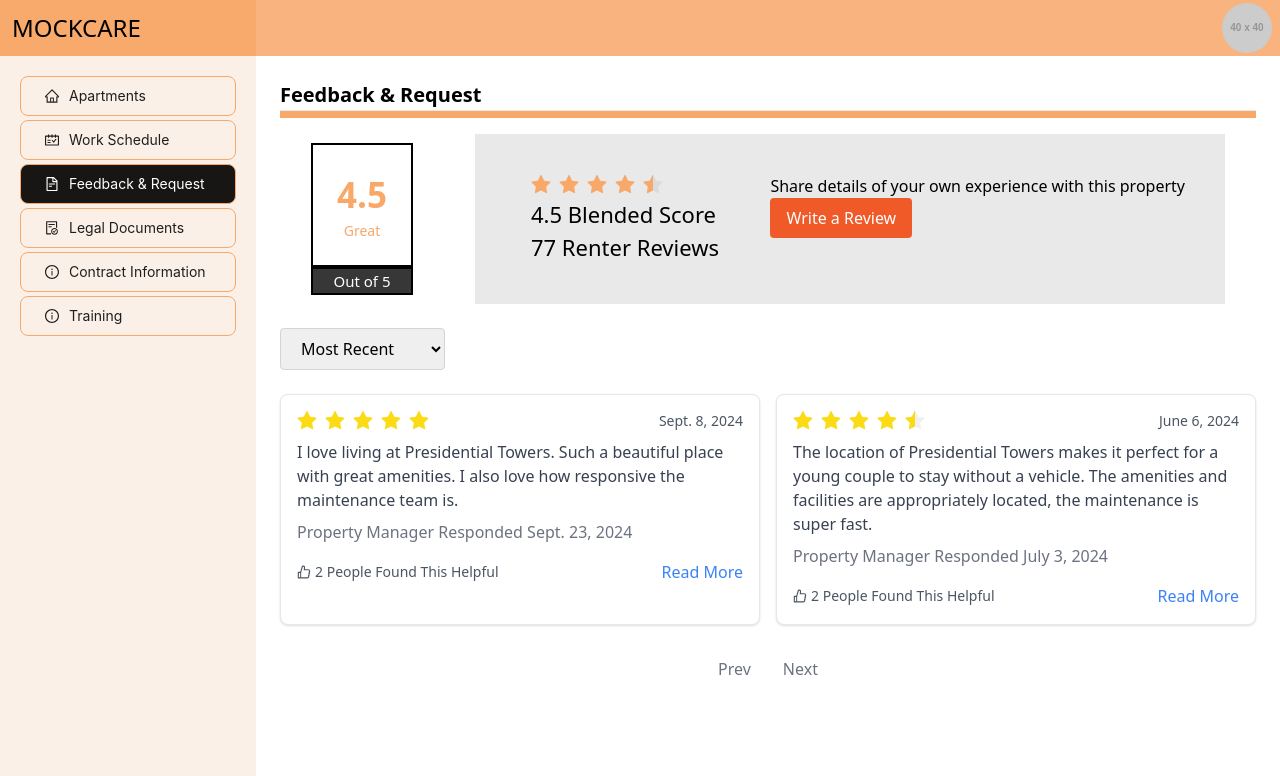
Repository: dunh-real/MockProject_102024_Nhom4
Page: / (app in frontend/)
The author's editor kept a copy of each file at every save. The page is drawn from the files as they stood at one save, then again after the next save.
The browser window is 1280 px wide. The pictures show the whole page.
The project was rebuilt for these pictures with package versions that can differ from the ones it lists, and the page was loaded fresh each time. Also part of the build but not shown: frontend/vite.config.js, frontend/vite.config.ts, frontend/src/App.css, frontend/src/component/ReviewModal.tsx.

Above is the page before, as saved 2024-10-09 13:24:58.

After the next save:
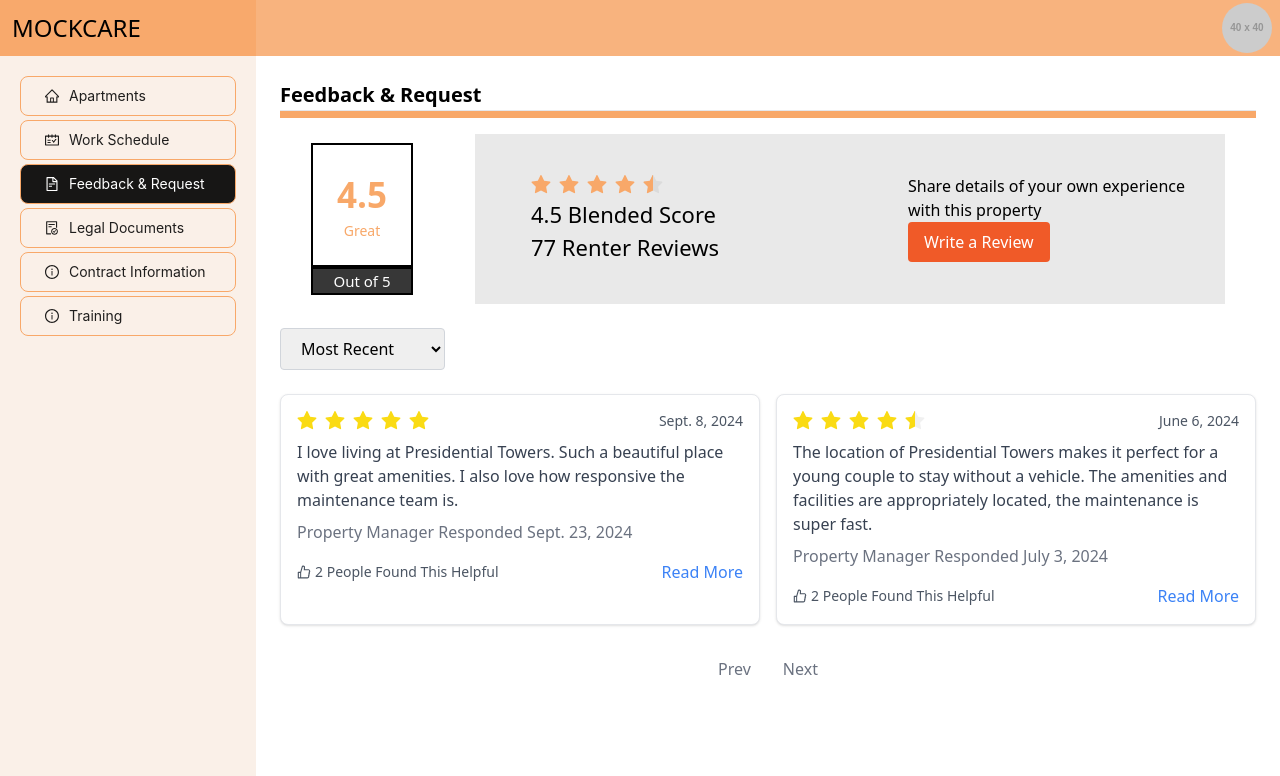
Saved 32 s later.
--- a/frontend/src/pages/Feedback&Request/Feedback&Request.tsx
+++ b/frontend/src/pages/Feedback&Request/Feedback&Request.tsx
@@ -83,8 +83,8 @@ const ReviewList: React.FC = () => {
                                 <div className="text-[#000000] text-[22px]">4.5 Blended Score</div>
                                 <div className="text-[#000000] font-extralight text-[22px]">77 Renter Reviews</div>
                             </div>
-                            <div>
-                                <p>Share details of your own experience
+                            <div className=''>
+                                <p>Share details of your own experience <br/>
                                 with this property</p>
                                 <button
                                     onClick={() => setShowModal(true)}
